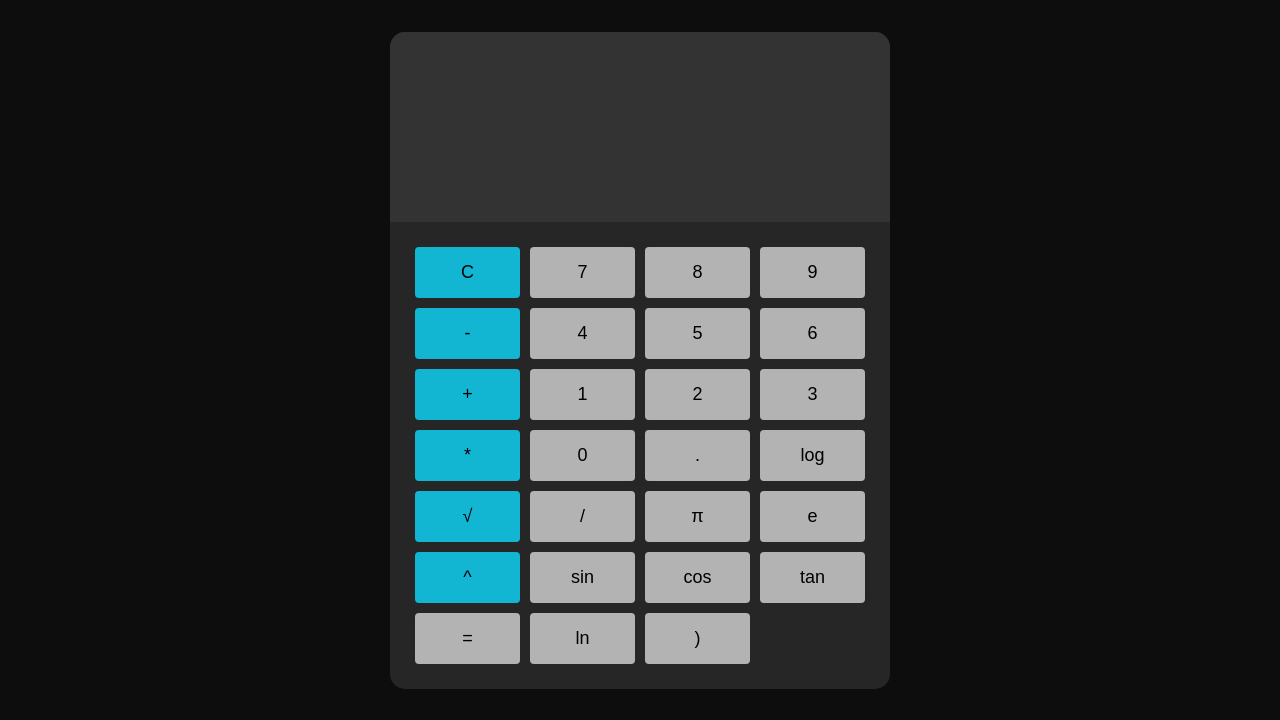
Repository: Haakim19/JavaScript
Page: Calculater/Main.html
The author's editor kept a copy of each file at every save. The page is drawn from the files as they stood at one save, then again after the next save.
The browser window is 1280 px wide. The pictures show the whole page.

Above is the page before, as saved 2024-10-23 10:40:05.

### Calculater/Main.html
<!DOCTYPE html>
<html lang="en">
<head>
    <meta charset="UTF-8">
    <meta name="viewport" content="width=device-width, initial-scale=1.0">
    <title>Calculator</title>
    <link rel="stylesheet" href="Main.css">
</head>
<body>
    <div id="calculator">
        <div id="calculator-normal">
            <input id= "display1" readonly>
            <input id="display2" readonly>
            <div id="keys">
                <button onclick="clearDisplay()" class="operator-btn">C</button>
                <button onclick="appentToDisplay('7')">7</button>
                <button onclick="appentToDisplay('8')">8</button>
                <button onclick="appentToDisplay('9')">9</button>
                <button onclick="appentToDisplay('-')" class="operator-btn">-</button>
                <button onclick="appentToDisplay('4')">4</button>
                <button onclick="appentToDisplay('5')">5</button>
                <button onclick="appentToDisplay('6')">6</button>
                <button onclick="appentToDisplay('+')" class="operator-btn">+</button>
                <button onclick="appentToDisplay('1')">1</button>
                <button onclick="appentToDisplay('2')">2</button>
                <button onclick="appentToDisplay('3')">3</button>
                <button onclick="appentToDisplay('*')" class="operator-btn">*</button>
                <button onclick="appentToDisplay('0')">0</button>
                <button onclick="appentToDisplay('.')" >.</button>
                <button onclick="appentToDisplay('Math.log10()')" >log</button>
                <button onclick="appentToDisplay('Math.sqrt()')" class="operator-btn">√</button>
                <button onclick="appentToDisplay('/')">/</button>
                <button onclick="appendToDisplay('Math.PI()')">π</button>
                <button onclick="appentToDisplay('Math.e()')">e</button>
                <button onclick="appendToDisplay('**')" class="operator-btn">^</button>
                <button onclick="appentToDisplay('Math.sin()')">sin</button>
                <button onclick="appentToDisplay('Math.cos()')">cos</button>
                <button onclick="appentToDisplay('Math.tan()')">tan</button>
                <button onclick="calculate()" >=</button>
                <button onclick="appentToDisplay('Math.log()')">ln</button>
                <!-- <button onclick="appentToDisplay()><span>&#41;</span></button>            -->
                <button onclick="appentToDisplay('')"><span>&#41;</span></button>
            </div>
        </div>

    </div>
<script src="Main.js"></script>
</body>
</html>

### Calculater/Main.css
body{
    margin: 0;
    display: flex;
    justify-content: center;
    align-items: center;
    height: 100vh;
    background-color: hsl(0,0%, 5%);
}
#calculate{
    font-family:sans-serif;
}
#calculator-normal{
    background-color: hsl(0, 0%, 15%);
    border-radius: 15px;
    max-width: 500px;
    overflow: hidden;
}

#display1{
    width: 100%;
    padding: 20px;
    font-size: 1rem;
    border: none;
    text-align: left;
    padding-right: -15px;
    color: white;
    background-color: hsl(0, 0%, 20%);

}
#display2{
    width: 100%;
    padding: 20px;
    font-size: 5rem;
    border: none;
    text-align: left;
    padding-right: -15px;
    color: white;
    background-color: hsl(0, 0%, 20%);

}
#keys{
    display: grid;
    grid-template-columns: repeat(4, 1fr);
    gap: 10px;
    padding: 25px;
}
/* #keys-normal{
    width: 80px;
    height: 60px;
    color: white;
    border-radius: 50px;
    border: none;
    font-size: 3rem;
    background-color: hsl(0, 0%, 30%);
    font-weight: bold;
    cursor: pointer;
} */
/* button{
    width: 80px;
    height: 60px;
    color: white;
    border-radius: 50px;
    border: none;
    font-size: 3rem;
    background-color: hsl(0, 0%, 30%);
    font-weight: bold;
    cursor: pointer;
} */
button{
    width: 100%;
    padding: 15px;
    font-size: 18px;
    border: none;
    border-radius: 4px;
    background-color: hsl(0, 0%, 70%);
    cursor: pointer;
    transition: background-color 0.5s;
}

button:hover{
    background-color: hsl(0, 0%, 40%);
}

button:active{
    background-color: hsl(0, 0%, 50%);
}

.operator-btn{
    background-color: hsl(189, 84%, 45%);
}

.operator-btn:hover{
    background-color: hsl(189, 84%, 65%);
}

.operator-btn:active{
    background-color: hsl(189, 84%, 75%);
}

### Calculater/Main.js
const display1 = document.getElementById('display1');
const display2 = document.getElementById('display2');

function appentToDisplay(input){
    display2.value += input;
}
function clearDisplay(){
    display1.value = '';
    display2.value = '';
}
function calculate(){
    try{
        display1.value = eval(display2.value);}
    catch{
        display2.value = 'Error';
    }

}

After the next save:
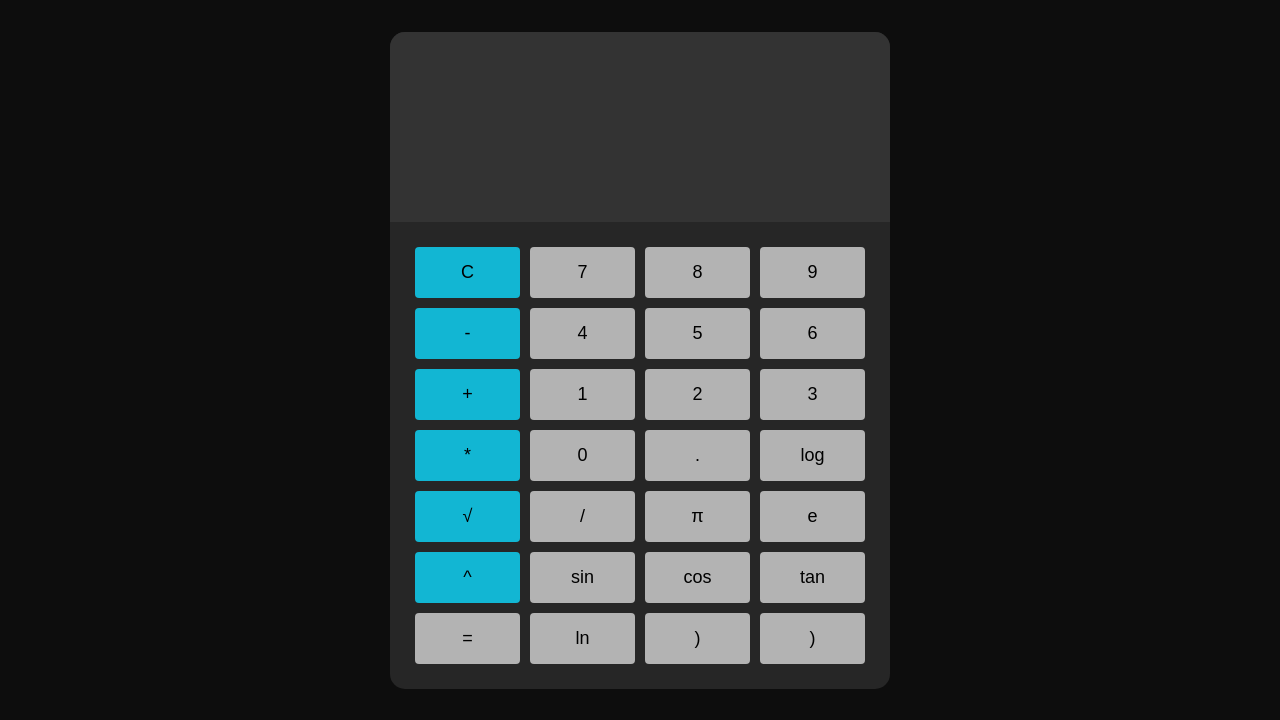
Saved 56 s later.
--- a/Calculater/Main.html
+++ b/Calculater/Main.html
@@ -40,6 +40,7 @@
                 <button onclick="appentToDisplay('Math.log()')">ln</button>
                 <!-- <button onclick="appentToDisplay()><span>&#41;</span></button>            -->
                 <button onclick="appentToDisplay('')"><span>&#41;</span></button>
+                <button onclick="appentToDisplay('')"><span>&#41;</span></button>
             </div>
         </div>
 
